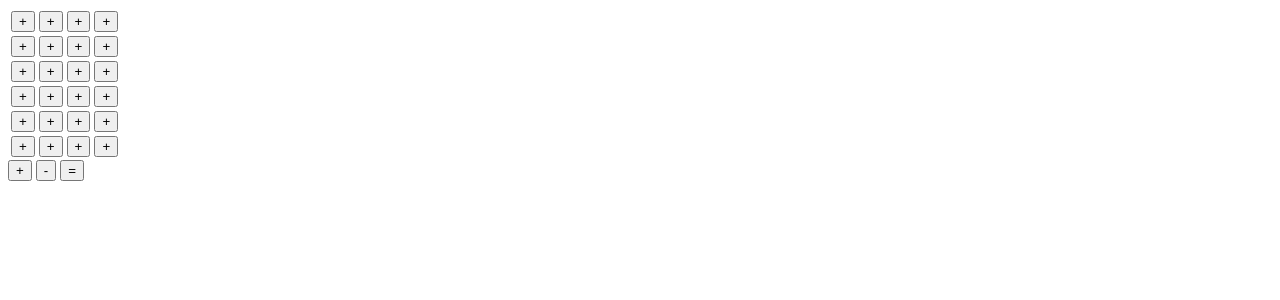
Repository: Dabee-ee/JAVA-lesson2
Page: Personal/JSPPrj/WebContent/calc3.html
These files come from the project's save history. The page is drawn as it stood at one moment and after the next save; the edit follows.
The browser window is 1280 px wide. The pictures show the whole page.

Above is the page before, as saved 2021-03-13 06:18:29.

### Personal/JSPPrj/WebContent/calc3.html
<!DOCTYPE html>
<html>
<head>
<meta charset="UTF-8">
<title>Insert title here</title>
</head>
<body>
	<div>
		<form action="calc3" method="post">

			<table>
				<tr>
					<td><input type="submit" name="operator" value="+" /></td>
					<td><input type="submit" name="operator" value="+" /></td>
					<td><input type="submit" name="operator" value="+" /></td>
					<td><input type="submit" name="operator" value="+" /></td>
				</tr>
								<tr>
					<td><input type="submit" name="operator" value="+" /></td>
					<td><input type="submit" name="operator" value="+" /></td>
					<td><input type="submit" name="operator" value="+" /></td>
					<td><input type="submit" name="operator" value="+" /></td>
				</tr>
								<tr>
					<td><input type="submit" name="operator" value="+" /></td>
					<td><input type="submit" name="operator" value="+" /></td>
					<td><input type="submit" name="operator" value="+" /></td>
					<td><input type="submit" name="operator" value="+" /></td>
				</tr>
								<tr>
					<td><input type="submit" name="operator" value="+" /></td>
					<td><input type="submit" name="operator" value="+" /></td>
					<td><input type="submit" name="operator" value="+" /></td>
					<td><input type="submit" name="operator" value="+" /></td>
				</tr>
								<tr>
					<td><input type="submit" name="operator" value="+" /></td>
					<td><input type="submit" name="operator" value="+" /></td>
					<td><input type="submit" name="operator" value="+" /></td>
					<td><input type="submit" name="operator" value="+" /></td>
				</tr>
								<tr>
					<td><input type="submit" name="operator" value="+" /></td>
					<td><input type="submit" name="operator" value="+" /></td>
					<td><input type="submit" name="operator" value="+" /></td>
					<td><input type="submit" name="operator" value="+" /></td>
				</tr>



			</table>

			<div>
			<input type="submit" name="operator" value="+" />
			<input type="submit" name="operator" value="-" />
			<input type="submit" name="operator" value="=" />
			</div>

		</form>
	</div>
</body>
</html>

After the next save:
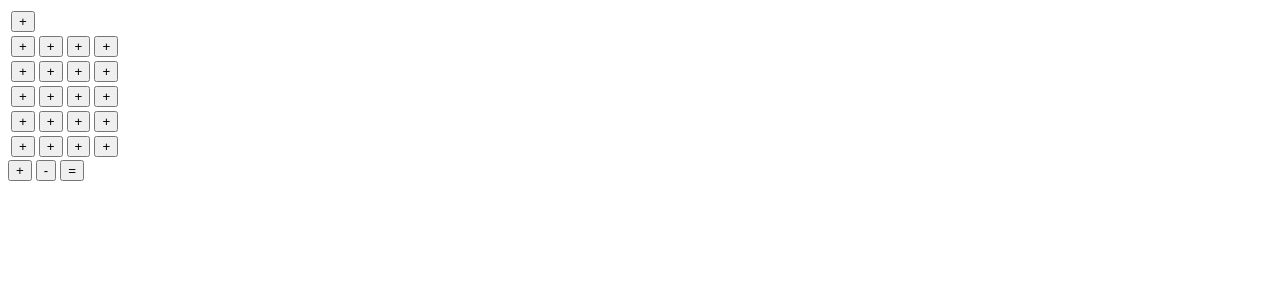
Saved 4 min 0 s later.
--- a/Personal/JSPPrj/WebContent/calc3.html
+++ b/Personal/JSPPrj/WebContent/calc3.html
@@ -10,10 +10,7 @@
 
 			<table>
 				<tr>
-					<td><input type="submit" name="operator" value="+" /></td>
-					<td><input type="submit" name="operator" value="+" /></td>
-					<td><input type="submit" name="operator" value="+" /></td>
-					<td><input type="submit" name="operator" value="+" /></td>
+					<td colspan="4"><input type="submit" name="operator" value="+" /></td>
 				</tr>
 								<tr>
 					<td><input type="submit" name="operator" value="+" /></td>
